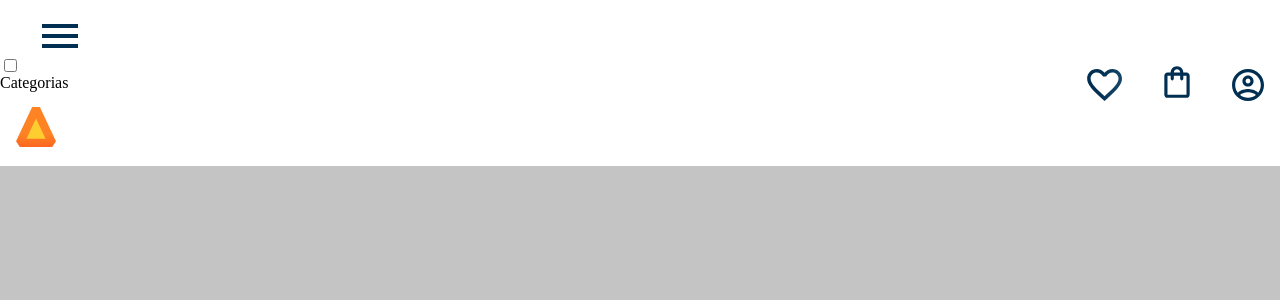
Repository: DamnDTX/projeto-mobile
Page: index.html
These files come from the project's save history. The page is drawn as it stood at one moment and after the next save; the edit follows.
The browser window is 1280 px wide. The pictures show the whole page.

Above is the page before, as saved 2023-07-26 22:21:16.

After the next save:
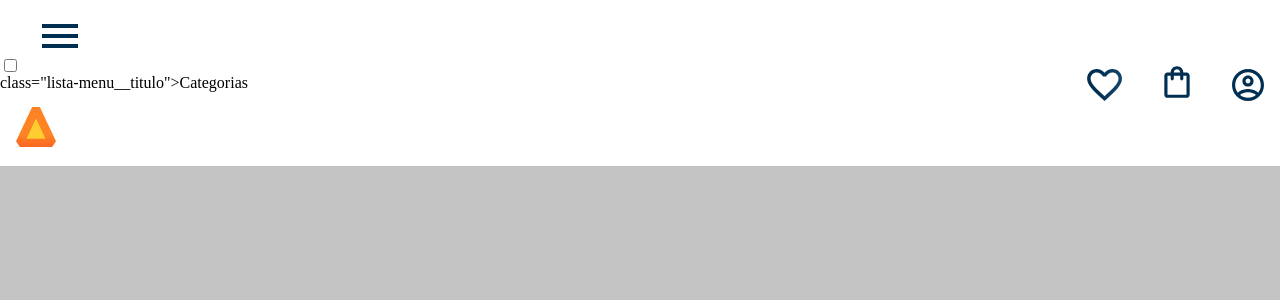
Saved 14 s later.
--- a/index.html
+++ b/index.html
@@ -19,7 +19,8 @@
             <span class="cabecalho__menu-hamburguer container__imagem"></span>
             </label>
             <ul class="lista-menu">
-                <li class="lista-menu__titulo">Categorias</li>
+                <li> class="lista-menu__titulo">Categorias
+                </li>
             </ul>
              <img src="./img/Logo.svg" class="container__imagem" alt="logo-AluraBooks">
     </div>
